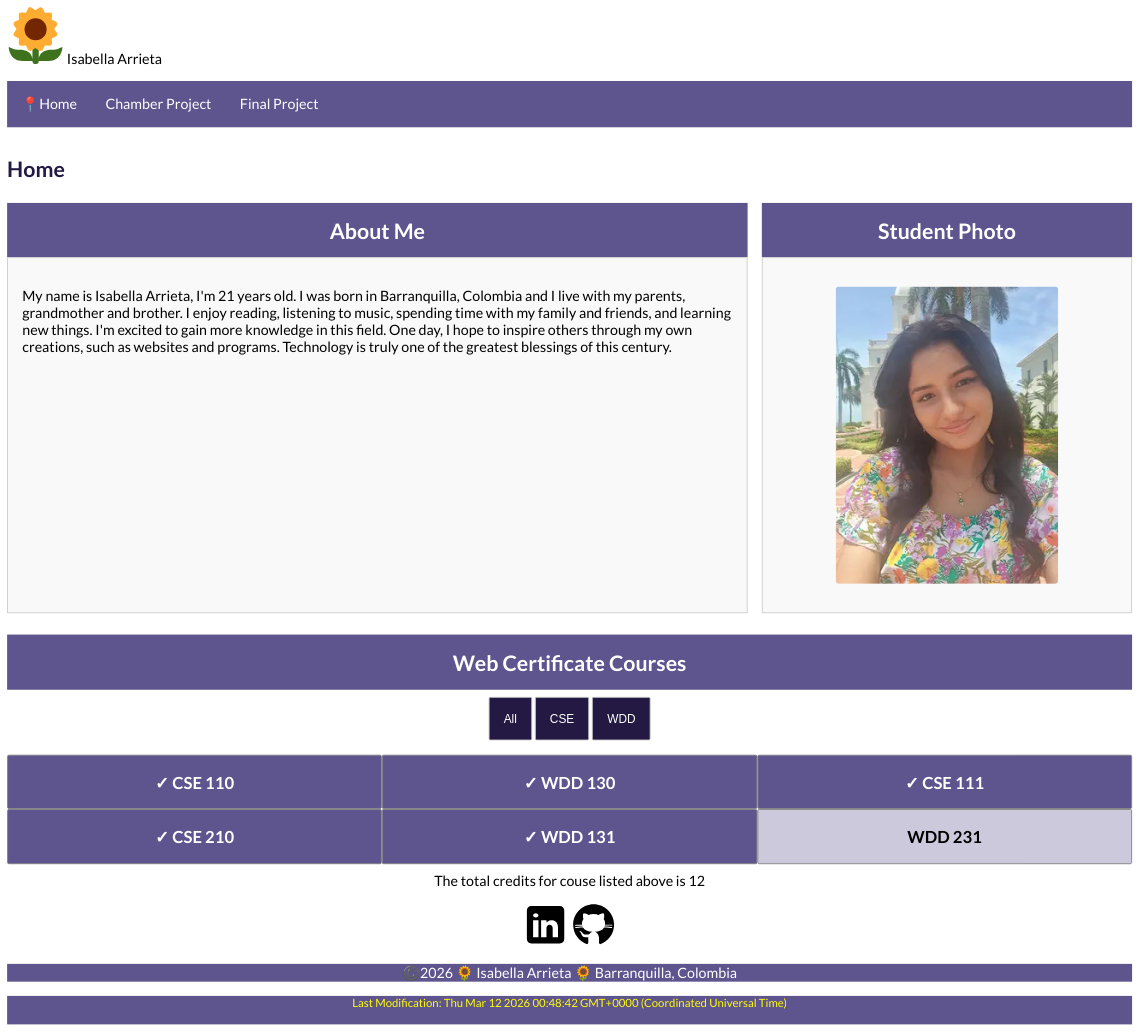
Repository: isaAJ05/wdd231
Page: index.html
The author's editor kept a copy of each file at every save. The page is drawn from the files as they stood at one save, then again after a run of saves.
The browser window is 1280 px wide. The pictures show the whole page, at 89% of full size.
Some web fonts or font styles are not loaded; a fallback is used.

Above is the page before, as saved 2026-06-30 00:22:55.

After the next 3 saves:
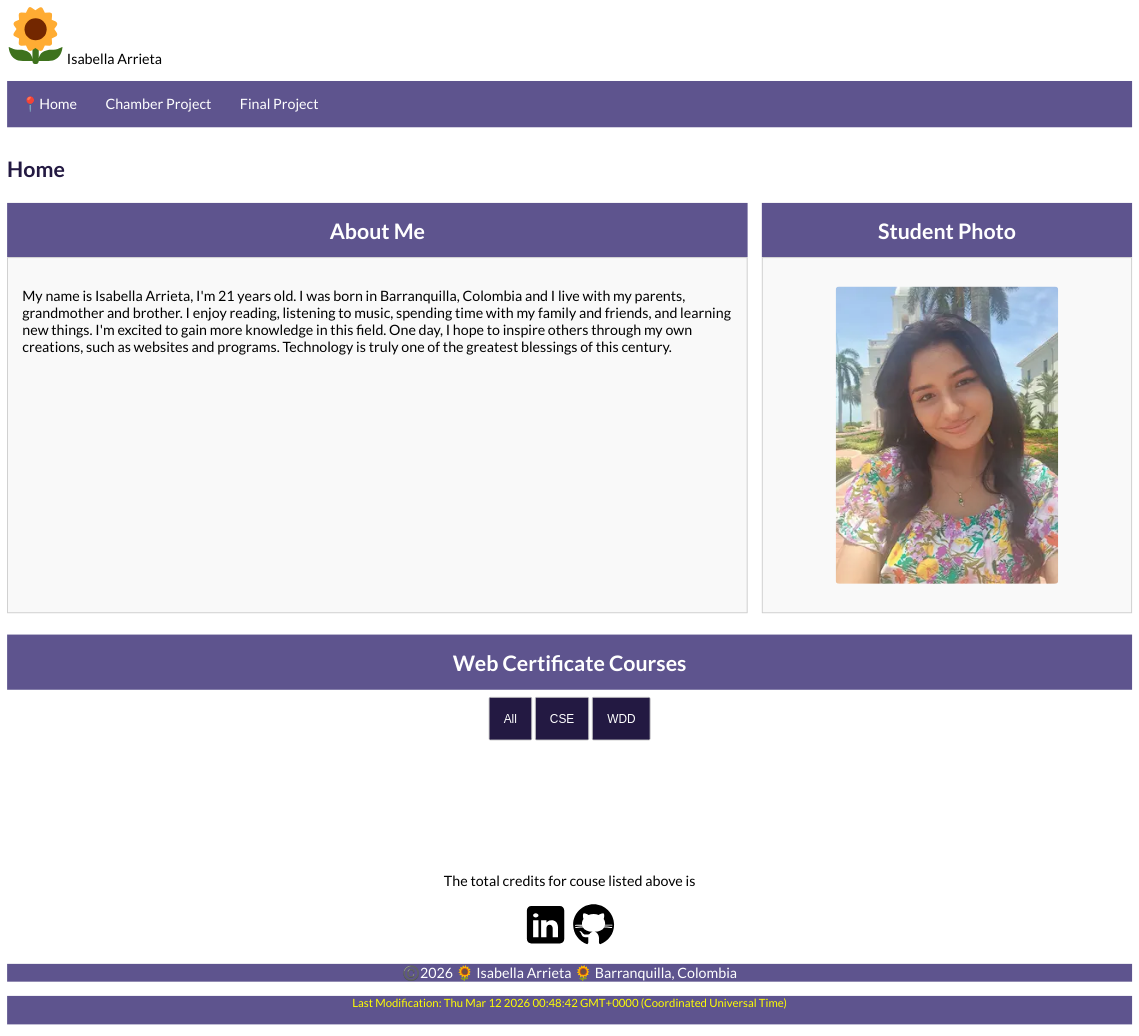
Console error: SyntaxError: Unexpected token '}'
The 3 saves are shown as one change because they came seconds apart.
The last was saved 51 s later.
--- a/scripts/courses.js
+++ b/scripts/courses.js
@@ -113,7 +113,7 @@
 
 allBtn.addEventListener("click", () => {
     displayCourses(courses);
-
+    text.
 });
 
 cseBtn.addEventListener("click", () => {

After the 3 saves that followed:
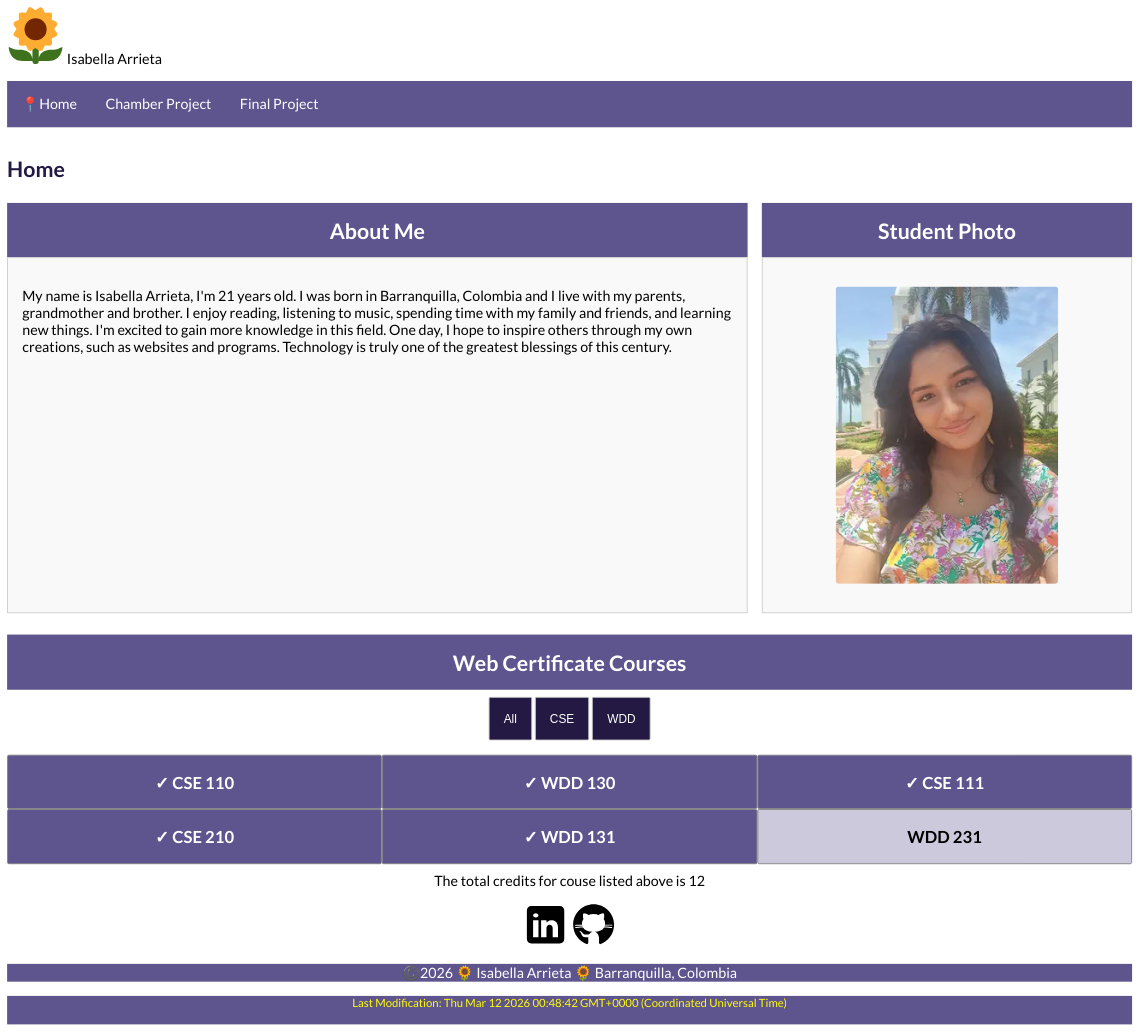
The error is gone.
The 3 saves are shown as one change because they came seconds apart.
The last was saved 9 s later.
--- a/scripts/courses.js
+++ b/scripts/courses.js
@@ -113,7 +113,7 @@
 
 allBtn.addEventListener("click", () => {
     displayCourses(courses);
-    text.
+    text.innerHTML
 });
 
 cseBtn.addEventListener("click", () => {
